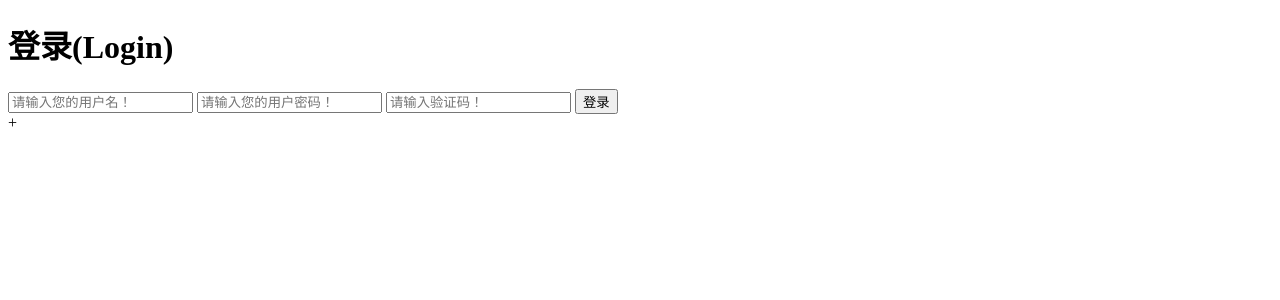
Repository: wxbuditou/Java-
Page: http://localhost/Project/login.jsp
An editor plug-in stored every save of this project. The page is shown before and after the next save, followed by the edit.
The browser window is 1280 px wide. The pictures show the whole page.
The page is served by Tomcat 9. Other server files are loaded and not shown.

Above is the page before, as saved 2019-06-24 13:48:12.

### Project/WebContent/login.jsp
<%@ page language="java" contentType="text/html; charset=UTF-8"
    pageEncoding="UTF-8"%>
<!DOCTYPE html PUBLIC "-//W3C//DTD HTML 4.01 Transitional//EN" "http://www.w3.org/TR/html4/loose.dtd">
<html>
<head>
<meta http-equiv="Content-Type" content="text/html; charset=UTF-8">
<title>Insert title here</title>
</head>
<body>
 <div class="page-container">
            <h1>登录(Login)</h1>
            <form action="" method="post">
                <input type="text" name="username" class="username" placeholder="请输入您的用户名！">
                <input type="password" name="password" class="password" placeholder="请输入您的用户密码！">
                <input type="Captcha" class="Captcha" name="Captcha" placeholder="请输入验证码！">
                <button type="submit" class="submit_button">登录</button>
                <div class="error"><span>+</span></div>
            </form>
        </div>

</body>
</html>

After the next save:
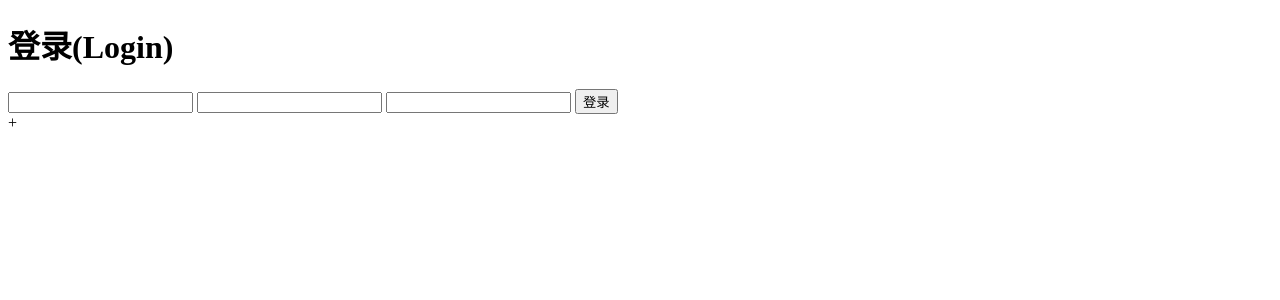
Saved 58 s later.
--- a/Project/WebContent/login.jsp
+++ b/Project/WebContent/login.jsp
@@ -5,14 +5,18 @@
 <head>
 <meta http-equiv="Content-Type" content="text/html; charset=UTF-8">
 <title>Insert title here</title>
+<style  type="text/css">
+
+
+</style>
 </head>
 <body>
  <div class="page-container">
             <h1>登录(Login)</h1>
             <form action="" method="post">
-                <input type="text" name="username" class="username" placeholder="请输入您的用户名！">
-                <input type="password" name="password" class="password" placeholder="请输入您的用户密码！">
-                <input type="Captcha" class="Captcha" name="Captcha" placeholder="请输入验证码！">
+                <input type="text" name="username" class="username" >
+                <input type="password" name="password" class="password" >
+                <input type="text" class="Captcha" name="Captcha" >
                 <button type="submit" class="submit_button">登录</button>
                 <div class="error"><span>+</span></div>
             </form>
